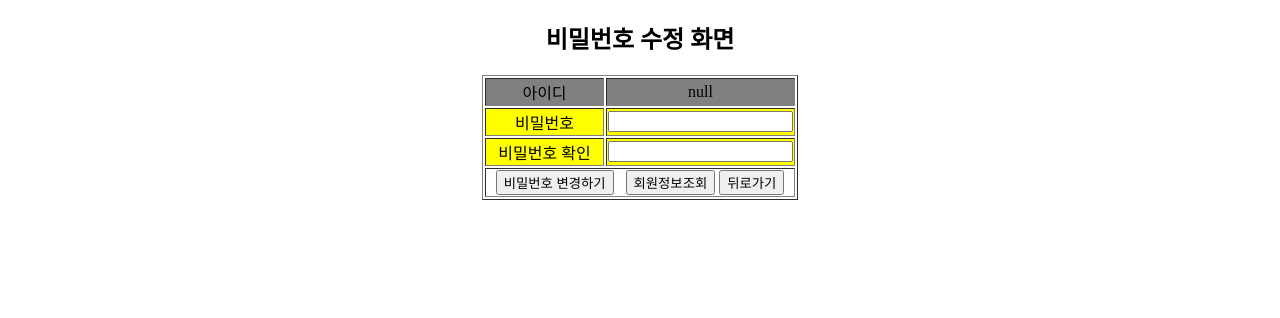
Repository: Served01/Project2_2209
Page: http://localhost/bookReviewProgram/mbPassform.jsp
An editor plug-in stored every save of this project. The page is shown before and after the next save, followed by the edit.
The browser window is 1280 px wide. The pictures show the whole page.
The page is served by Tomcat 9. Queries for data that is not in the repository find no rows.

Above is the page before, as saved 2022-09-28 00:51:27.

After the next save:
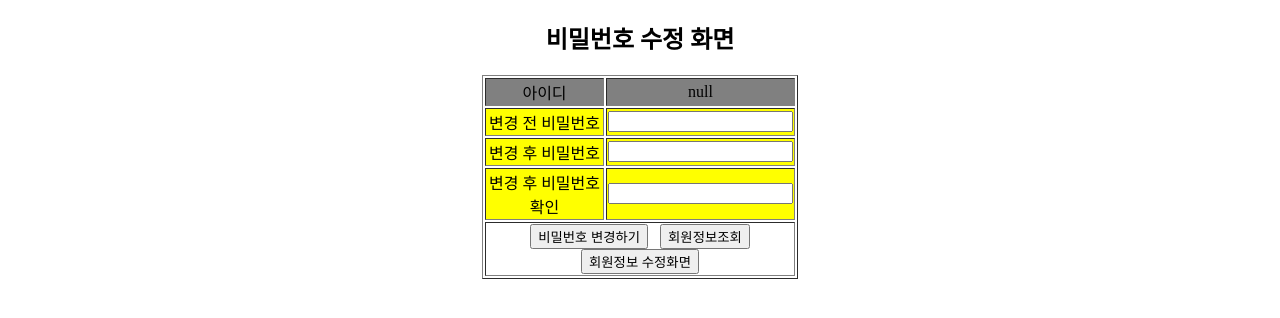
Saved 14 min 51 s later.
--- a/bookReviewProgram/src/main/webapp/mbPassform.jsp
+++ b/bookReviewProgram/src/main/webapp/mbPassform.jsp
@@ -24,18 +24,22 @@
 					<td><%=mBean.getMb_id()%></td>
 				</tr>
 				<tr align="center" style="height: 40; background: yellow;">
-					<td width="120">비밀번호</td>
+					<td width="120">변경 전 비밀번호</td>
 					<td><input type="password" id="mb_pw" name="mb_pw"></td>
 				</tr>
 				<tr align="center" style="height: 40; background: yellow;">
-					<td width="120">비밀번호 확인</td>
+					<td width="120">변경 후 비밀번호</td>
 					<td><input type="password" id="mb_pw2" name="mb_pw2"></td>
+				</tr>
+				<tr align="center" style="height: 40; background: yellow;">
+					<td width="120">변경 후 비밀번호 확인</td>
+					<td><input type="password" id="mb_pw3" name="mb_pw2"></td>
 				</tr>
 				<tr style="height: 40;">
 					<td colspan="2"><input type="hidden" name="mb_id" value="<%=mBean.getMb_id()%>">
 						 <input type="submit" value="비밀번호 변경하기">&nbsp;&nbsp;
 						 <input type="button" value="회원정보조회" onclick="location.href='mbList.jsp?'" />
-						 <button type="button" onclick="javascript:history.go(-1)">뒤로가기</button>
+						 <button onclick="location.href='mainSession.jsp?center=mbUpdateform.jsp&mb_id=<%=id%>'">회원정보 수정화면</button>
 				   </td>
 				</tr>
 			</table>
